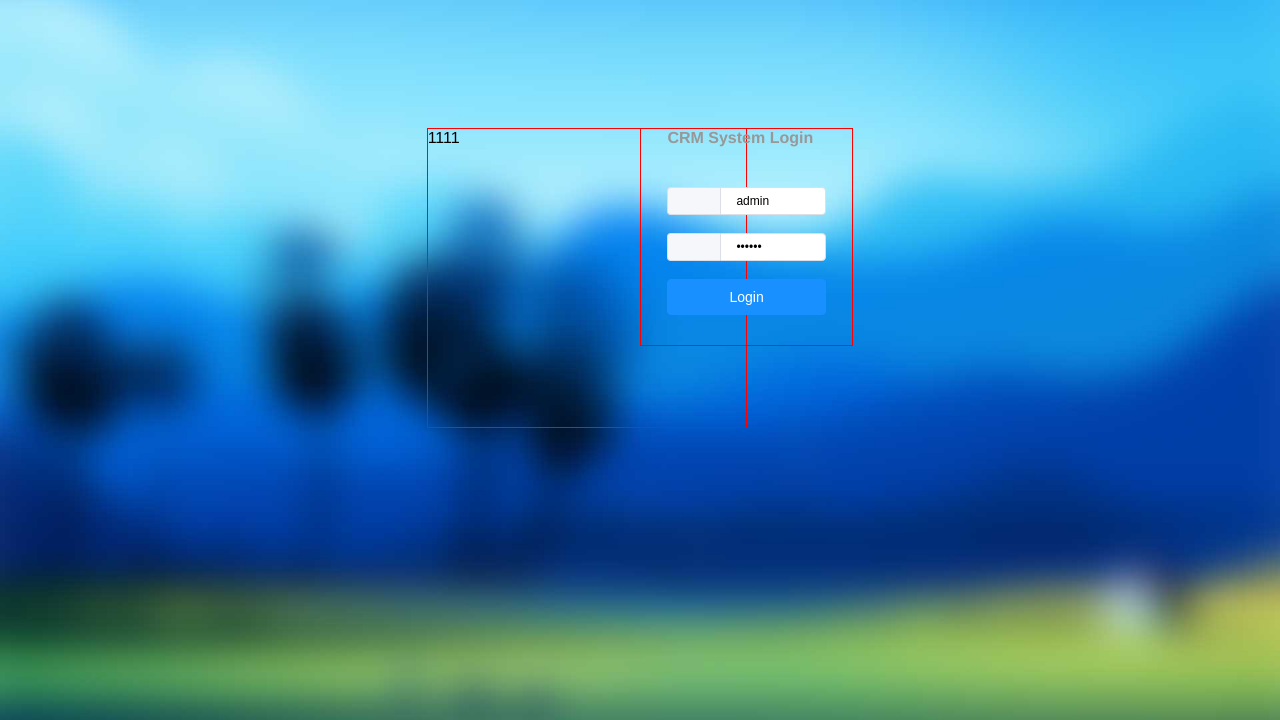
Repository: JasonMMM/ty-crm-sys
Page: /
The author's editor kept a copy of each file at every save. The page is drawn from the files as they stood at one save, then again after a run of saves.
The browser window is 1280 px wide. The pictures show the whole page.
The project was rebuilt for these pictures with package versions that can differ from the ones it lists, and the page was loaded fresh each time. Also part of the build but not shown: vue.config.js, src/components/RightPanel/index.vue, src/layout/components/AppMain.vue, src/utils/i18n.js, src/components/Breadcrumb/index.vue, src/components/Hamburger/index.vue, src/components/ErrorLog/index.vue, src/components/Screenfull/index.vue and 18 more.

Above is the page before, as saved 2020-07-24 09:15:52.

### src/styles/element-variables.scss
/**
* I think element-ui's default theme color is too light for long-term use.
* So I modified the default color and you can modify it to your liking.
**/

/* theme color */
$--color-primary: #1890ff;
$--color-success: #13ce66;
$--color-warning: #ffba00;
$--color-danger: #ff4949;
// $--color-info: #1E1E1E;

$--button-font-weight: 400;

// $--color-text-regular: #1f2d3d;

$--border-color-light: #dfe4ed;
$--border-color-lighter: #e6ebf5;

$--table-border: 1px solid #dfe6ec;

/* icon font path, required */
$--font-path: "~element-ui/lib/theme-chalk/fonts";

@import "~element-ui/packages/theme-chalk/src/index";

// the :export directive is the magic sauce for webpack
// https://www.bluematador.com/blog/how-to-share-variables-between-js-and-sass
:export {
  theme: $--color-primary;
}

### src/styles/index.scss
@import './variables.scss';
@import './mixin.scss';
@import './transition.scss';
@import './element-ui.scss';
@import './sidebar.scss';
@import './btn.scss';

body {
  height: 100%;
  -moz-osx-font-smoothing: grayscale;
  -webkit-font-smoothing: antialiased;
  text-rendering: optimizeLegibility;
  font-family: Helvetica Neue, Helvetica, PingFang SC, Hiragino Sans GB, Microsoft YaHei, Arial, sans-serif;
}

label {
  font-weight: 700;
}

html {
  height: 100%;
  box-sizing: border-box;
}

#app {
  height: 100%;
}

*,
*:before,
*:after {
  box-sizing: inherit;
}

.no-padding {
  padding: 0px !important;
}

.padding-content {
  padding: 4px 0;
}

a:focus,
a:active {
  outline: none;
}

a,
a:focus,
a:hover {
  cursor: pointer;
  color: inherit;
  text-decoration: none;
}

div:focus {
  outline: none;
}

.fr {
  float: right;
}

.fl {
  float: left;
}

.pr-5 {
  padding-right: 5px;
}

.pl-5 {
  padding-left: 5px;
}

.block {
  display: block;
}

.pointer {
  cursor: pointer;
}

.inlineBlock {
  display: block;
}

.clearfix {
  &:after {
    visibility: hidden;
    display: block;
    font-size: 0;
    content: " ";
    clear: both;
    height: 0;
  }
}

aside {
  background: #eef1f6;
  padding: 8px 24px;
  margin-bottom: 20px;
  border-radius: 2px;
  display: block;
  line-height: 32px;
  font-size: 16px;
  font-family: -apple-system, BlinkMacSystemFont, "Segoe UI", Roboto, Oxygen, Ubuntu, Cantarell, "Fira Sans", "Droid Sans", "Helvetica Neue", sans-serif;
  color: #2c3e50;
  -webkit-font-smoothing: antialiased;
  -moz-osx-font-smoothing: grayscale;

  a {
    color: #337ab7;
    cursor: pointer;

    &:hover {
      color: rgb(32, 160, 255);
    }
  }
}

//main-container全局样式
.app-container {
  padding: 20px;
}

.components-container {
  margin: 30px 50px;
  position: relative;
}

.pagination-container {
  margin-top: 30px;
}

.text-center {
  text-align: center
}

.sub-navbar {
  height: 50px;
  line-height: 50px;
  position: relative;
  width: 100%;
  text-align: right;
  padding-right: 20px;
  transition: 600ms ease position;
  background: linear-gradient(90deg, rgba(32, 182, 249, 1) 0%, rgba(32, 182, 249, 1) 0%, rgba(33, 120, 241, 1) 100%, rgba(33, 120, 241, 1) 100%);

  .subtitle {
    font-size: 20px;
    color: #fff;
  }

  &.draft {
    background: #d0d0d0;
  }

  &.deleted {
    background: #d0d0d0;
  }
}

.link-type,
.link-type:focus {
  color: #337ab7;
  cursor: pointer;

  &:hover {
    color: rgb(32, 160, 255);
  }
}

.filter-container {
  padding-bottom: 10px;

  .filter-item {
    display: inline-block;
    vertical-align: middle;
    margin-bottom: 10px;
  }
}

//refine vue-multiselect plugin
.multiselect {
  line-height: 16px;
}

.multiselect--active {
  z-index: 1000 !important;
}

### src/utils/error-log.js
import Vue from 'vue'
import store from '@/store'
import { isString, isArray } from '@/utils/validate'
import settings from '@/settings'

// you can set in settings.js
// errorLog:'production' | ['production', 'development']
const { errorLog: needErrorLog } = settings

function checkNeed() {
  const env = process.env.NODE_ENV
  if (isString(needErrorLog)) {
    return env === needErrorLog
  }
  if (isArray(needErrorLog)) {
    return needErrorLog.includes(env)
  }
  return false
}

if (checkNeed()) {
  Vue.config.errorHandler = function(err, vm, info, a) {
  // Don't ask me why I use Vue.nextTick, it just a hack.
  // detail see https://forum.vuejs.org/t/dispatch-in-vue-config-errorhandler-has-some-problem/23500
    Vue.nextTick(() => {
      store.dispatch('errorLog/addErrorLog', {
        err,
        vm,
        info,
        url: window.location.href
      })
      console.error(err, info)
    })
  }
}

### src/styles/mixin.scss
@mixin clearfix {
  &:after {
    content: "";
    display: table;
    clear: both;
  }
}

@mixin scrollBar {
  &::-webkit-scrollbar-track-piece {
    background: #d3dce6;
  }

  &::-webkit-scrollbar {
    width: 6px;
  }

  &::-webkit-scrollbar-thumb {
    background: #99a9bf;
    border-radius: 20px;
  }
}

@mixin relative {
  position: relative;
  width: 100%;
  height: 100%;
}

@mixin pct($pct) {
  width: #{$pct};
  position: relative;
  margin: 0 auto;
}

@mixin triangle($width, $height, $color, $direction) {
  $width: $width/2;
  $color-border-style: $height solid $color;
  $transparent-border-style: $width solid transparent;
  height: 0;
  width: 0;

  @if $direction==up {
    border-bottom: $color-border-style;
    border-left: $transparent-border-style;
    border-right: $transparent-border-style;
  }

  @else if $direction==right {
    border-left: $color-border-style;
    border-top: $transparent-border-style;
    border-bottom: $transparent-border-style;
  }

  @else if $direction==down {
    border-top: $color-border-style;
    border-left: $transparent-border-style;
    border-right: $transparent-border-style;
  }

  @else if $direction==left {
    border-right: $color-border-style;
    border-top: $transparent-border-style;
    border-bottom: $transparent-border-style;
  }
}

### src/styles/transition.scss
// global transition css

/* fade */
.fade-enter-active,
.fade-leave-active {
  transition: opacity 0.28s;
}

.fade-enter,
.fade-leave-active {
  opacity: 0;
}

/* fade-transform */
.fade-transform-leave-active,
.fade-transform-enter-active {
  transition: all .5s;
}

.fade-transform-enter {
  opacity: 0;
  transform: translateX(-30px);
}

.fade-transform-leave-to {
  opacity: 0;
  transform: translateX(30px);
}

/* breadcrumb transition */
.breadcrumb-enter-active,
.breadcrumb-leave-active {
  transition: all .5s;
}

.breadcrumb-enter,
.breadcrumb-leave-active {
  opacity: 0;
  transform: translateX(20px);
}

.breadcrumb-move {
  transition: all .5s;
}

.breadcrumb-leave-active {
  position: absolute;
}

### src/styles/element-ui.scss
// cover some element-ui styles

.el-breadcrumb__inner,
.el-breadcrumb__inner a {
  font-weight: 400 !important;
}

.el-upload {
  input[type="file"] {
    display: none !important;
  }
}

.el-upload__input {
  display: none;
}

.cell {
  .el-tag {
    margin-right: 0px;
  }
}

.small-padding {
  .cell {
    padding-left: 5px;
    padding-right: 5px;
  }
}

.fixed-width {
  .el-button--mini {
    padding: 7px 10px;
    min-width: 60px;
  }
}

.status-col {
  .cell {
    padding: 0 10px;
    text-align: center;

    .el-tag {
      margin-right: 0px;
    }
  }
}

// to fixed https://github.com/ElemeFE/element/issues/2461
.el-dialog {
  transform: none;
  left: 0;
  position: relative;
  margin: 0 auto;
}

// refine element ui upload
.upload-container {
  .el-upload {
    width: 100%;

    .el-upload-dragger {
      width: 100%;
      height: 200px;
    }
  }
}

// dropdown
.el-dropdown-menu {
  a {
    display: block
  }
}

// fix date-picker ui bug in filter-item
.el-range-editor.el-input__inner {
  display: inline-flex !important;
}

// to fix el-date-picker css style
.el-range-separator {
  box-sizing: content-box;
}

### src/styles/sidebar.scss
#app {

  .main-container {
    min-height: 100%;
    transition: margin-left .28s;
    margin-left: $sideBarWidth;
    position: relative;
  }

  .sidebar-container {
    transition: width 0.28s;
    width: $sideBarWidth !important;
    background-color: $menuBg;
    height: 100%;
    position: fixed;
    font-size: 0px;
    top: 0;
    bottom: 0;
    left: 0;
    z-index: 1001;
    overflow: hidden;

    // reset element-ui css
    .horizontal-collapse-transition {
      transition: 0s width ease-in-out, 0s padding-left ease-in-out, 0s padding-right ease-in-out;
    }

    .scrollbar-wrapper {
      overflow-x: hidden !important;
    }

    .el-scrollbar__bar.is-vertical {
      right: 0px;
    }

    .el-scrollbar {
      height: 100%;
    }

    &.has-logo {
      .el-scrollbar {
        height: calc(100% - 50px);
      }
    }

    .is-horizontal {
      display: none;
    }

    a {
      display: inline-block;
      width: 100%;
      overflow: hidden;
    }

    .svg-icon {
      margin-right: 16px;
    }

    .sub-el-icon {
      margin-right: 12px;
      margin-left: -2px;
    }

    .el-menu {
      border: none;
      height: 100%;
      width: 100% !important;
    }

    // menu hover
    .submenu-title-noDropdown,
    .el-submenu__title {
      &:hover {
        background-color: $menuHover !important;
      }
    }

    .is-active>.el-submenu__title {
      color: $subMenuActiveText !important;
    }

    & .nest-menu .el-submenu>.el-submenu__title,
    & .el-submenu .el-menu-item {
      min-width: $sideBarWidth !important;
      background-color: $subMenuBg !important;

      &:hover {
        background-color: $subMenuHover !important;
      }
    }
  }

  .hideSidebar {
    .sidebar-container {
      width: 54px !important;
    }

    .main-container {
      margin-left: 54px;
    }

    .submenu-title-noDropdown {
      padding: 0 !important;
      position: relative;

      .el-tooltip {
        padding: 0 !important;

        .svg-icon {
          margin-left: 20px;
        }

        .sub-el-icon {
          margin-left: 19px;
        }
      }
    }

    .el-submenu {
      overflow: hidden;

      &>.el-submenu__title {
        padding: 0 !important;

        .svg-icon {
          margin-left: 20px;
        }

        .sub-el-icon {
          margin-left: 19px;
        }

        .el-submenu__icon-arrow {
          display: none;
        }
      }
    }

    .el-menu--collapse {
      .el-submenu {
        &>.el-submenu__title {
          &>span {
            height: 0;
            width: 0;
            overflow: hidden;
            visibility: hidden;
            display: inline-block;
          }
        }
      }
    }
  }

  .el-menu--collapse .el-menu .el-submenu {
    min-width: $sideBarWidth !important;
  }

  // mobile responsive
  .mobile {
    .main-container {
      margin-left: 0px;
    }

    .sidebar-container {
      transition: transform .28s;
      width: $sideBarWidth !important;
    }

    &.hideSidebar {
      .sidebar-container {
        pointer-events: none;
        transition-duration: 0.3s;
        transform: translate3d(-$sideBarWidth, 0, 0);
      }
    }
  }

  .withoutAnimation {

    .main-container,
    .sidebar-container {
      transition: none;
    }
  }
}

// when menu collapsed
.el-menu--vertical {
  &>.el-menu {
    .svg-icon {
      margin-right: 16px;
    }
    .sub-el-icon {
      margin-right: 12px;
      margin-left: -2px;
    }
  }

  .nest-menu .el-submenu>.el-submenu__title,
  .el-menu-item {
    &:hover {
      // you can use $subMenuHover
      background-color: $menuHover !important;
    }
  }

  // the scroll bar appears when the subMenu is too long
  >.el-menu--popup {
    max-height: 100vh;
    overflow-y: auto;

    &::-webkit-scrollbar-track-piece {
      background: #d3dce6;
    }

    &::-webkit-scrollbar {
      width: 6px;
    }

    &::-webkit-scrollbar-thumb {
      background: #99a9bf;
      border-radius: 20px;
    }
  }
}

### src/styles/btn.scss
@import './variables.scss';

@mixin colorBtn($color) {
  background: $color;

  &:hover {
    color: $color;

    &:before,
    &:after {
      background: $color;
    }
  }
}

.blue-btn {
  @include colorBtn($blue)
}

.light-blue-btn {
  @include colorBtn($light-blue)
}

.red-btn {
  @include colorBtn($red)
}

.pink-btn {
  @include colorBtn($pink)
}

.green-btn {
  @include colorBtn($green)
}

.tiffany-btn {
  @include colorBtn($tiffany)
}

.yellow-btn {
  @include colorBtn($yellow)
}

.pan-btn {
  font-size: 14px;
  color: #fff;
  padding: 14px 36px;
  border-radius: 8px;
  border: none;
  outline: none;
  transition: 600ms ease all;
  position: relative;
  display: inline-block;

  &:hover {
    background: #fff;

    &:before,
    &:after {
      width: 100%;
      transition: 600ms ease all;
    }
  }

  &:before,
  &:after {
    content: '';
    position: absolute;
    top: 0;
    right: 0;
    height: 2px;
    width: 0;
    transition: 400ms ease all;
  }

  &::after {
    right: inherit;
    top: inherit;
    left: 0;
    bottom: 0;
  }
}

.custom-button {
  display: inline-block;
  line-height: 1;
  white-space: nowrap;
  cursor: pointer;
  background: #fff;
  color: #fff;
  -webkit-appearance: none;
  text-align: center;
  box-sizing: border-box;
  outline: 0;
  margin: 0;
  padding: 10px 15px;
  font-size: 14px;
  border-radius: 4px;
}

### src/views/login/index.vue
<template>
  <div class="login-container">
    <img class="login-bg-img" src="@/assets/images/login/blur/morning_blur.jpg" alt="">
    <el-row class="login-container-row">
      <el-col :sm="6" :offset="8" class="hidden-sm-and-down">
        <div class="login-left-col">
          1111
        </div>
      </el-col>
      <el-col :sm="{span: 4, pull: 2}" :xs="{span: 20, offset: 2}" class="login-right-col">
        <el-form
          ref="loginForm"
          :model="loginForm"
          :rules="loginRules"
          class="login-form"
          autocomplete="on"
          label-position="left"
          size="mini"
        >
          <el-col :sm="{span: 18, offset:3}">
            <!-- <div class="title-logo">
              <img src="@/assets/images/tianyi_logo_png.png" alt="">
            </div> -->
            <div class="title-container">
              <h3 class="title">{{ $t('login.title') }}</h3>
              <lang-select class="set-language" />
            </div>
            <el-form-item prop="username">
              <el-input
                ref="username"
                v-model="loginForm.username"
                :placeholder="$t('login.username')"
                name="username"
                type="text"
                autocomplete="on"
              >
                <template slot="prepend">
                  <svg-icon icon-class="user" />
                </template>
              </el-input>
            </el-form-item>

            <el-tooltip v-model="capsTooltip" content="大写已打开" placement="right" manual>
              <el-form-item prop="password">
                <el-input
                  :key="passwordType"
                  ref="password"
                  v-model="loginForm.password"
                  :type="passwordType"
                  :placeholder="$t('login.password')"
                  name="password"
                  tabindex="2"
                  autocomplete="on"
                  @keyup.native="checkCapslock"
                  @blur="capsTooltip = false"
                  @keyup.enter.native="handleLogin"
                >
                  <template slot="prepend">
                    <svg-icon icon-class="password" />
                  </template>
                </el-input>
                <span class="show-pwd" @click="showPwd">
                  <svg-icon :icon-class="passwordType === 'password' ? 'eye' : 'eye-open'" />
                </span>
              </el-form-item>
            </el-tooltip>

            <el-button
              :loading="loading"
              type="primary"
              style="width:100%;margin-bottom:30px;"
              @click.native.prevent="handleLogin"
            >{{ $t('login.logIn') }}</el-button>
          </el-col>
        </el-form>
      </el-col>
    </el-row>
  </div>
</template>

<script>
import { validUsername } from "@/utils/validate";
import LangSelect from "@/components/LangSelect";
import SocialSign from "./components/SocialSignin";

export default {
  name: "Login",
  components: { LangSelect, SocialSign },
  data() {
    return {
      loginForm: {
        username: "admin",
        password: "111111",
      },
      loginRules: {
        username: [
          { required: true, trigger: "change", message: "请输入用户名"},
        ],
        password: [
          { required: true, trigger: "blur", message: "请输入密码"},
        ],
      },
      passwordType: "password",
      capsTooltip: false,
      loading: false,
      showDialog: false,
      redirect: undefined,
      otherQuery: {},
    };
  },
  watch: {
    $route: {
      handler: function (route) {
        const query = route.query;
        if (query) {
          this.redirect = query.redirect;
          this.otherQuery = this.getOtherQuery(query);
        }
      },
      immediate: true,
    },
  },
  created() {
    // window.addEventListener('storage', this.afterQRScan)
  },
  mounted() {
    if (this.loginForm.username === "") {
      this.$refs.username.focus();
    } else if (this.loginForm.password === "") {
      this.$refs.password.focus();
    }
  },
  destroyed() {
    // window.removeEventListener('storage', this.afterQRScan)
  },
  methods: {
    checkCapslock(e) {
      const { key } = e;
      this.capsTooltip = key && key.length === 1 && key >= "A" && key <= "Z";
    },
    showPwd() {
      if (this.passwordType === "password") {
        this.passwordType = "";
      } else {
        this.passwordType = "password";
      }
      this.$nextTick(() => {
        this.$refs.password.focus();
      });
    },
    handleLogin() {
      this.$refs.loginForm.validate((valid) => {
        if (valid) {
          this.loading = true;
          this.$store
            .dispatch("user/login", this.loginForm)
            .then(() => {
              this.$router.push({
                path: this.redirect || "/",
                query: this.otherQuery,
              });
              this.loading = false;
            })
            .catch(() => {
              this.loading = false;
            });
        } else {
          console.log("error submit!!");
          return false;
        }
      });
    },
    getOtherQuery(query) {
      return Object.keys(query).reduce((acc, cur) => {
        if (cur !== "redirect") {
          acc[cur] = query[cur];
        }
        return acc;
      }, {});
    },
  },
};
</script>

<style lang="scss">
/* 修复input 背景不协调 和光标变色 */
/* Detail see https://github.com/PanJiaChen/vue-element-admin/pull/927 */

$bg: #283443;
$light_gray: #fff;
$dark_gray: #000000;
$cursor: #fff;

@supports (-webkit-mask: none) and (not (cater-color: $cursor)) {
  .login-container .el-input input {
    color: $cursor;
  }
}

/* reset element-ui css */
.login-container {
  .el-input {
    input {
      color: $dark_gray;
      caret-color: $dark_gray;
    }
  }
  .login-bg-img {
    z-index: 1;
    position: absolute;
    width: 100%;
    height: 100%;
  }
}
</style>

<style lang="scss" scoped>
$bg: #ffffff;
$dark_gray: #000000;
$light_gray: #ffffff;
$row_bg: #000000;

.login-container {
  min-height: 100%;
  width: 100%;
  background-color: $bg;
  overflow: hidden;

  .login-container-row {
    height: 100%;
    position: relative;
    top: 0px;
    bottom: 0px;
    width: 100%;
    z-index: 999;
    margin-top: 8rem;
  }
  .login-left-col {
    border: 1px solid red;
    height: 300px;
  }
  .login-right-col {
        border: 1px solid red;
    // padding: 20px;
  }

  .login-form {
    position: relative;
    width: 520px;
    max-width: 100%;
    // padding: 160px 35px 0;
    margin: 0 auto;
    overflow: hidden;

    .title-logo {
      img{
        width: 200px;
      }
    }
  }

  .tips {
    font-size: 14px;
    color: #fff;
    margin-bottom: 10px;

    span {
      &:first-of-type {
        margin-right: 16px;
      }
    }
  }

  .svg-container {
    padding: 6px 5px 6px 15px;
    color: $dark_gray;
    vertical-align: middle;
    width: 30px;
    display: inline-block;
  }

  .title-container {
    position: relative;

    .title {
      font-size: 16px;
      color: #989898;
      margin: 0px auto 40px auto;
      text-align: left;
      font-weight: bold;
    }

    .set-language {
      color: #1890ff;
      position: absolute;
      top: 3px;
      font-size: 18px;
      right: 0px;
      cursor: pointer;
    }
  }

  .show-pwd {
    position: absolute;
    right: 10px;
    top: 2px;
    font-size: 16px;
    color: $dark_gray;
    cursor: pointer;
    user-select: none;
  }

  .thirdparty-button {
    position: absolute;
    right: 0;
    bottom: 6px;
  }

  @media only screen and (max-width: 470px) {
    .thirdparty-button {
      display: none;
    }
  }
}
</style>

### src/components/SvgIcon/index.vue
<template>
  <div v-if="isExternal" :style="styleExternalIcon" class="svg-external-icon svg-icon" v-on="$listeners" />
  <svg v-else :class="svgClass" aria-hidden="true" v-on="$listeners">
    <use :xlink:href="iconName" />
  </svg>
</template>

<script>
// doc: https://panjiachen.github.io/vue-element-admin-site/feature/component/svg-icon.html#usage
import { isExternal } from '@/utils/validate'

export default {
  name: 'SvgIcon',
  props: {
    iconClass: {
      type: String,
      required: true
    },
    className: {
      type: String,
      default: ''
    }
  },
  computed: {
    isExternal() {
      return isExternal(this.iconClass)
    },
    iconName() {
      return `#icon-${this.iconClass}`
    },
    svgClass() {
      if (this.className) {
        return 'svg-icon ' + this.className
      } else {
        return 'svg-icon'
      }
    },
    styleExternalIcon() {
      return {
        mask: `url(${this.iconClass}) no-repeat 50% 50%`,
        '-webkit-mask': `url(${this.iconClass}) no-repeat 50% 50%`
      }
    }
  }
}
</script>

<style scoped>
.svg-icon {
  width: 1em;
  height: 1em;
  vertical-align: -0.15em;
  fill: currentColor;
  overflow: hidden;
}

.svg-external-icon {
  background-color: currentColor;
  mask-size: cover!important;
  display: inline-block;
}
</style>

### src/components/LangSelect/index.vue
<template>
  <el-dropdown trigger="click" class="international" @command="handleSetLanguage">
    <div>
      <svg-icon class-name="international-icon" icon-class="language" />
    </div>
    <el-dropdown-menu slot="dropdown">
      <el-dropdown-item :disabled="language==='zh'" command="zh">
        中文
      </el-dropdown-item>
      <el-dropdown-item :disabled="language==='en'" command="en">
        English
      </el-dropdown-item>
      <el-dropdown-item :disabled="language==='es'" command="es">
        Español
      </el-dropdown-item>
      <el-dropdown-item :disabled="language==='ja'" command="ja">
        日本語
      </el-dropdown-item>
    </el-dropdown-menu>
  </el-dropdown>
</template>

<script>
export default {
  computed: {
    language() {
      return this.$store.getters.language
    }
  },
  methods: {
    handleSetLanguage(lang) {
      this.$i18n.locale = lang
      this.$store.dispatch('app/setLanguage', lang)
      this.$message({
        message: 'Switch Language Success',
        type: 'success'
      })
    }
  }
}
</script>

Loaded but not shown: public/index.html (common file); src/App.vue (common file); src/store/index.js (common file); src/router/index.js (common file); src/icons/index.js (common file); src/store/getters.js (common file); src/store/modules/errorLog.js (common file); src/store/modules/settings.js (common file); src/router/modules/charts.js (common file); src/utils/auth.js (common file); src/utils/get-page-title.js (common file); src/api/user.js (common file); src/utils/index.js (357 lines, source omitted); src/lang/es.js (175 lines, source omitted); src/lang/en.js (175 lines, source omitted); src/lang/ja.js (175 lines, source omitted); src/lang/zh.js (175 lines, source omitted); src/store/modules/tagsView.js (160 lines, source omitted); src/store/modules/user.js (131 lines, source omitted); src/router/modules/components.js (102 lines, source omitted); src/permission.js (74 lines, source omitted); src/utils/request.js (85 lines, source omitted); src/utils/validate.js (87 lines, source omitted); src/router/modules/nested.js (66 lines, source omitted); src/filters/index.js (68 lines, source omitted); src/store/modules/app.js (65 lines, source omitted); src/store/modules/permission.js (69 lines, source omitted); src/lang/index.js (55 lines, source omitted); src/main.js (54 lines, source omitted); src/router/modules/table.js (41 lines, source omitted); src/settings.js (42 lines, source omitted)

After the next 2 saves:
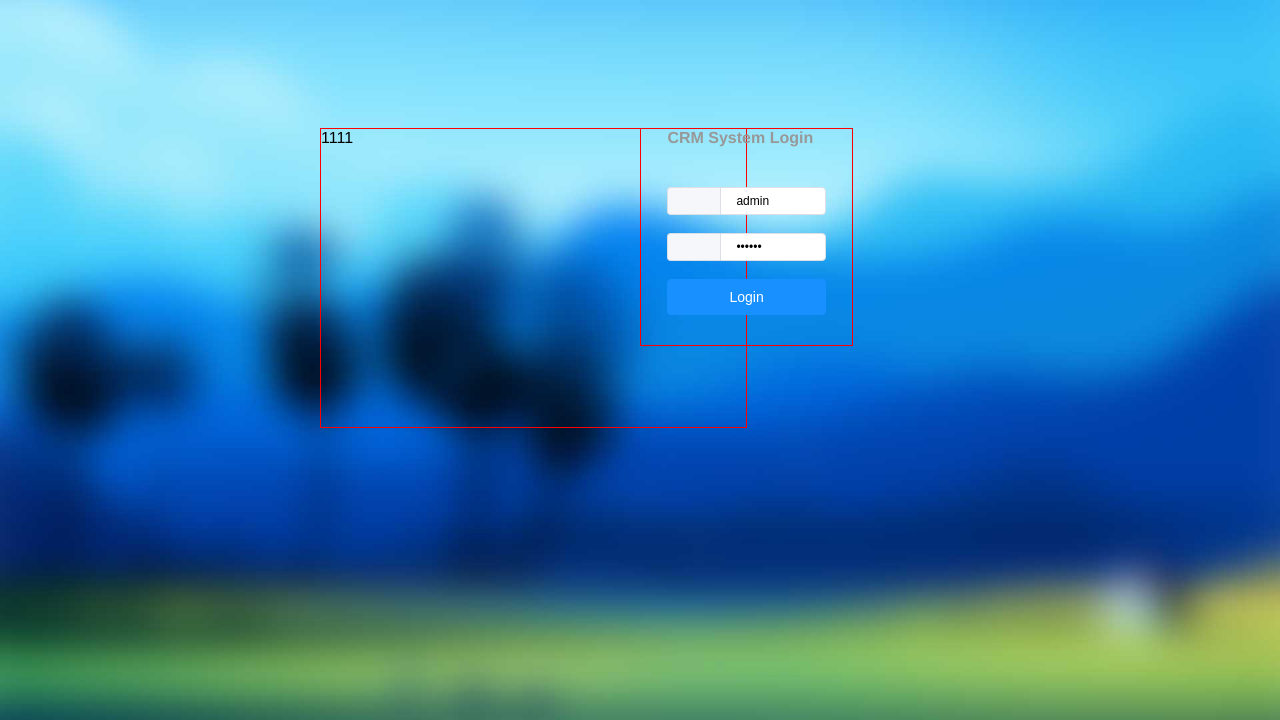
The 2 saves are shown as one change because they came seconds apart.
The last was saved 11 s later.
--- a/src/views/login/index.vue
+++ b/src/views/login/index.vue
@@ -2,7 +2,7 @@
   <div class="login-container">
     <img class="login-bg-img" src="@/assets/images/login/blur/morning_blur.jpg" alt="">
     <el-row class="login-container-row">
-      <el-col :sm="6" :offset="8" class="hidden-sm-and-down">
+      <el-col :sm="8" :offset="6" class="hidden-sm-and-down">
         <div class="login-left-col">
           1111
         </div>
